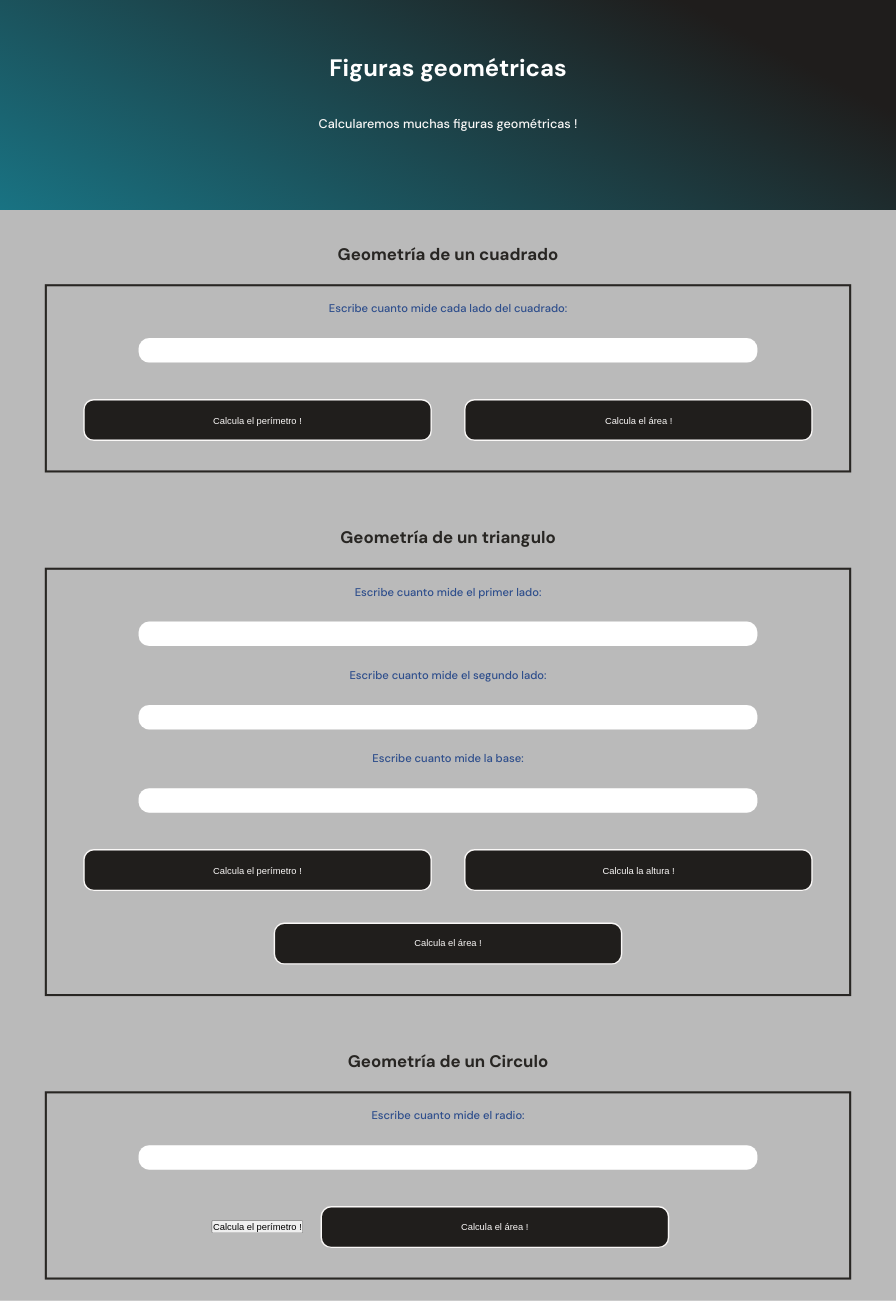
Repository: ChristianGecchelin/javascript-project
Page: javascript-project/figuras-geometricas/figuras.html
The author's editor kept a copy of each file at every save. The page is drawn from the files as they stood at one save, then again after the next save.
The browser window is 1280 px wide. The pictures show the whole page, at 70% of full size.

Above is the page before, as saved 2021-12-02 00:36:58.

After the next save:
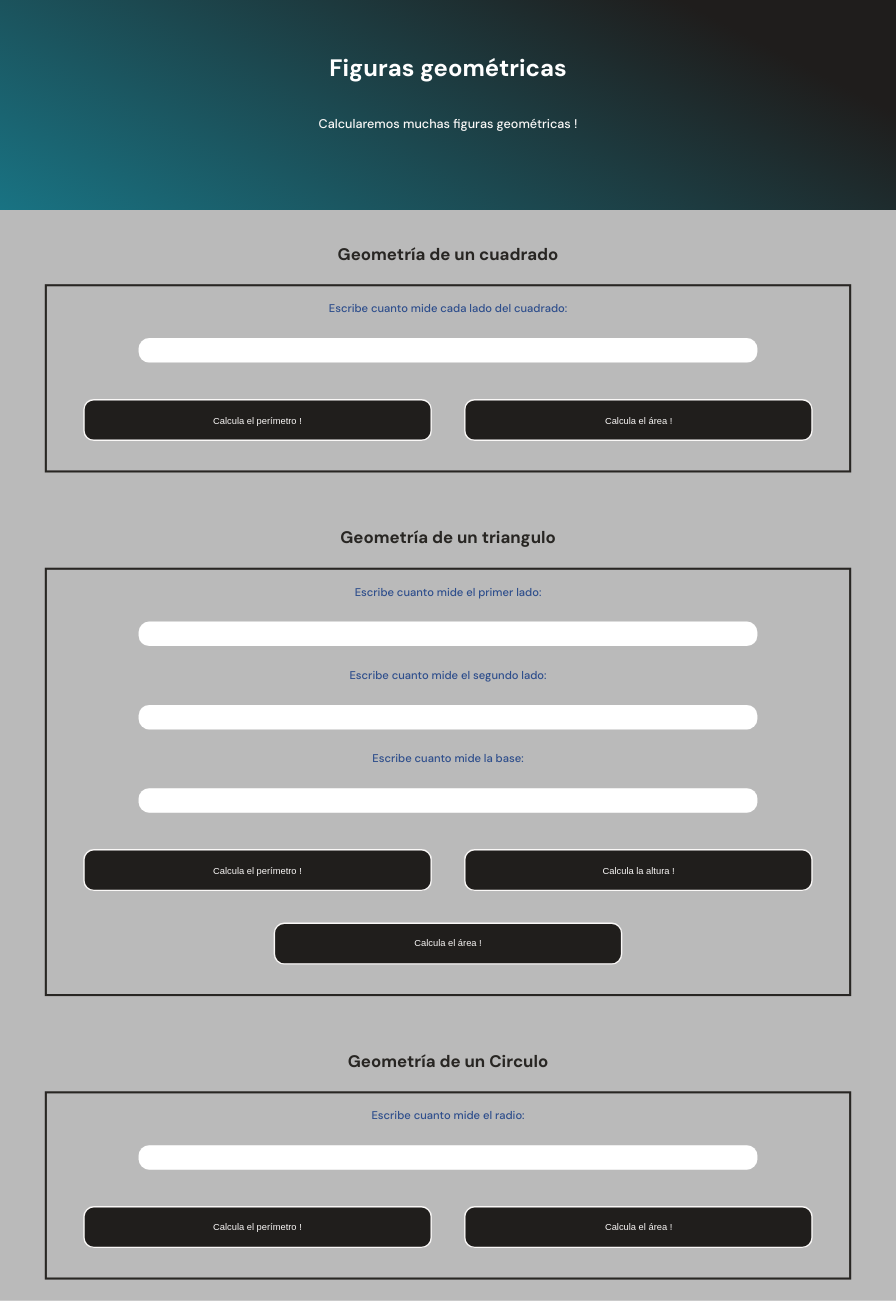
Saved 18 s later.
--- a/javascript-project/figuras-geometricas/figuras.html
+++ b/javascript-project/figuras-geometricas/figuras.html
@@ -102,7 +102,11 @@
               >Escribe cuanto mide el radio:</label
             >
             <input class="form--input" type="number" id="inputRadio" />
-            <button type="button" onclick="calcularPerimetroCirculo()">
+            <button
+              class="form--input-boton"
+              type="button"
+              onclick="calcularPerimetroCirculo()"
+            >
               Calcula el perímetro !
             </button>
             <button
